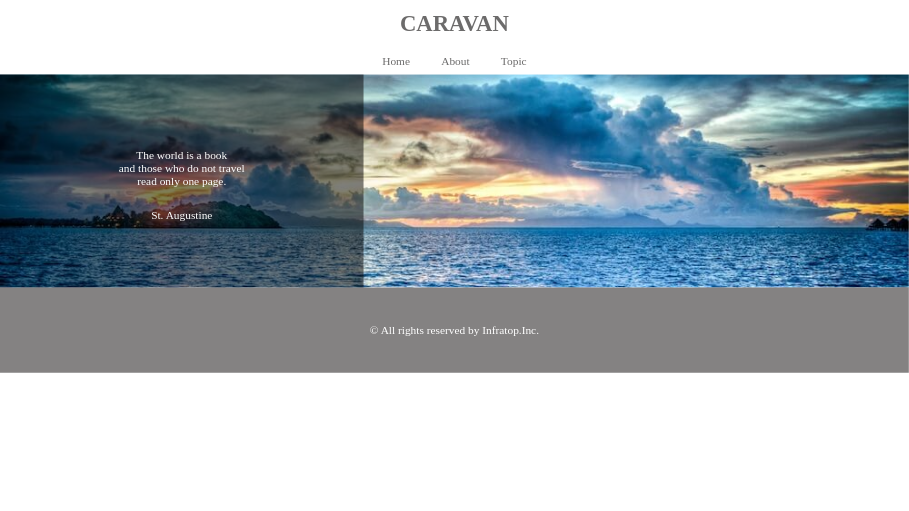
Repository: sawaweb/caravan
Page: caravan/index.html
The author's editor kept a record of every edit. The page is drawn from the files as they stood at one moment, then again after the next edit.
The browser window is 1280 px wide. The pictures show the whole page, at 71% of full size.

Above is the page before.

### caravan/index.html
<!DOCTYPE html>
<html lang="ja">
  <head>
    <meta charset="UTF-8" />
    <link rel="stylesheet" href="style.css" />
    <title>CARAVAN</title>
  </head>

  <body>
    <header>
      <h1 class="heading">
        <a href="index.html">
          CARAVAN
        </a>
      </h1>
    </header>

    <nav>
      <ul class="nav-list">
        <li class="nav-list-item">
          <a href="index.html">Home</a>
        </li>
        <li class="nav-list-item">About</li>
        <li class="nav-list-item">Topic</li>
      </ul>
    </nav>

    <div class="main-visual">
      <div class="main-visual-content">
        <p class="main-visual-text">
          The world is a book<br />
          and those who do not travel<br />
          read only one page.
        </p>
        <p class="main-visual-name">
          St. Augustine
        </p>
      </div>
    </div>

    <div class="main">
      <div class="blog"></div>
      <div class="sidebar"></div>
    </div>

    <!-- footer -->
    <footer>
      <p class="footer-text">© All rights reserved by Infratop.Inc.</p>
    </footer>
  </body>
</html>

### caravan/style.css
* {
  margin: 0;
  padding: 0;
  box-sizing: border-box;
  color: #6c6b6b;
}

a {
  text-decoration: none;
}

header {
  width: 90%;
  padding: 15px 0;
  margin: 0 auto;
  text-align: center;
}

header .heading {
  font-size: 32px;
}

.nav-list {
  text-align: center;
  padding: 10px 0;
  margin: 0 auto;
}

.nav-list-item {
  list-style: none;
  display: inline-block;
  margin: 0 20px;
}

.main-visual {
  width: 100%;
  height: 300px;
  background-image: url(img/mv.jpg);
  background-size: cover;
  background-position: center;
}

.main-visual-content {
  width: 40%; /* 横幅40% */
  height: 300px; /* 親の高さに揃える */
  background-color: rgba(0, 0, 0, 0.5); /* 背景色を半透明の黒にする */
  text-align: center; /* 文字を中央揃えにする */
  padding-top: 105px; /* 上側の内側余白で垂直方向の位置を調整 */
}

.main-visual-text {
  color: #fff; /* 文字色を白に変更 */
}

.main-visual-name {
  margin-top: 30px; /* 上側の外側の余白 */
  color: #fff; /* 文字色を白に変更 */
}

main {
  width: 800px; /* 横幅800px */
  display: flex; /* Flexboxの利用 */
  justify-content: center; /* 要素の横並び・中央寄せ */
  margin: 0 auto; /* 要素の中央揃え */
  padding: 70px 0; /* 上下に70px、左右に0pxの内側余白 */
}

.blog {
  width: 540px;
  margin-right: 30px; /* 領域の右側余白 */
}

.blog-heading {
  border-bottom: 8px solid #f7f7f7;
  text-align: center;
  line-height: 0.6;
}

.blog-box {
  padding-top: 50px;
}

.blog-item {
  padding-bottom: 20px;
  margin-bottom: 20px;
  border-bottom: 1px solid #f7f7f7;
  display: flex;
  justify-content: flex-start;
}

.blog-image {
  height: 180px;
}

.blog-text {
  padding: 25px 0 0 30px;
}

.blog-text-heading {
  padding-bottom: 15px;
}

.blog-date {
  font-size: 12px;
  display: inline-block;
}

.category {
  display: inline-block;
  padding: 5px 8px;
  background-color: #acabab;
  border-radius: 3px;
  color: #fff;
  font-size: 11px;
}

.pagination {
  text-align: center;
  padding-top: 50px;
}

.pagination p {
  display: inline-block;
  width: 30px;
  height: 30px;
  margin: 0 5px;
  color: #fff;
  background-color: #acabab;
  border-radius: 3px;
  line-height: 30px;
}

.sidebar {
  width: 230px;
}

.common-heading {
  border-bottom: 8px solid #f7f7f7;
  text-align: center;
  line-height: 0.6;
}

.sidebar-contents {
  padding: 50px 0;
}

.popular-text,
.categories-text {
  padding-bottom: 5px;
  border-bottom: 1px solid #f7f7f7;
  margin-bottom: 5px;
}

.popular-text:last-child,
.categories-text:last-child {
  margin: 0;
  padding: 0;
  border: none;
}

.instagram .sidebar-contents {
  display: flex;
  flex-wrap: wrap;
}

.instagram-box {
  width: 110px;
  padding-top: 110px;
  background-size: cover;
  background-position: center;
  margin-bottom: 10px;
}

.instagram-box:nth-child(odd) {
  margin: 0 10px 10px 0;
}

.instagram-box:nth-child(1) {
  background-image: url(img/airport.jpg);
}

.instagram-box:nth-child(2) {
  background-image: url(img/japan.jpg);
}

.instagram-box:nth-child(3) {
  background-image: url(img/snow.jpg);
}

.instagram-box:nth-child(4) {
  background-image: url(img/japan2.jpg);
}

.instagram-box:nth-child(5) {
  background-image: url(img/lake.jpg);
}

.instagram-box:nth-child(6) {
  background-image: url(img/road.jpg);
}

footer {
  width: 100%;
  height: 120px;
  text-align: center;
  line-height: 120px;
  background-color: #848282;
}

.footer-text {
  color: #fff;
}

After the next edit:
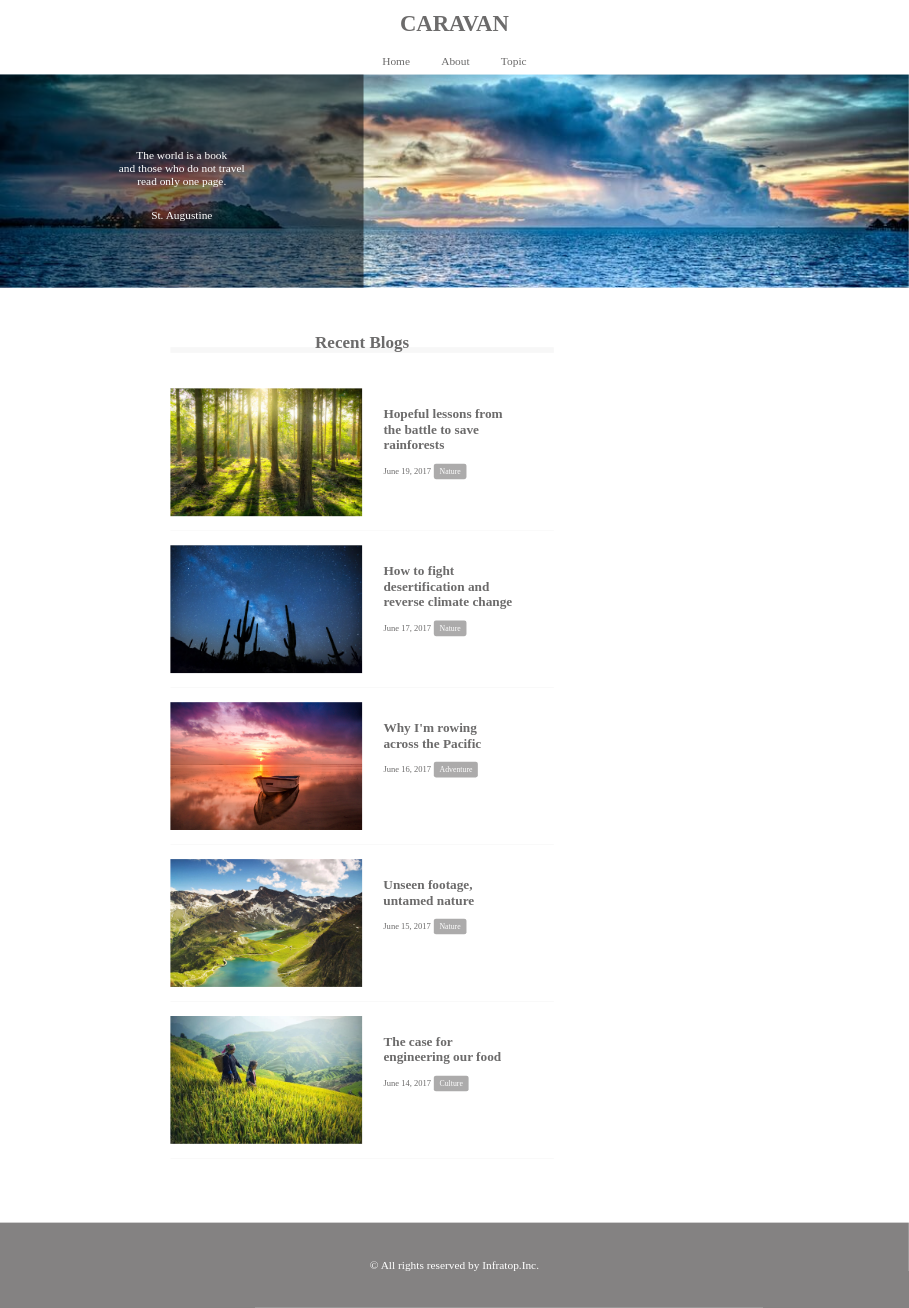
The edit:
--- a/caravan/index.html
+++ b/caravan/index.html
@@ -7,6 +7,7 @@
   </head>
 
   <body>
+    <!-- header -->
     <header>
       <h1 class="heading">
         <a href="index.html">
@@ -15,6 +16,7 @@
       </h1>
     </header>
 
+    <!-- navigation -->
     <nav>
       <ul class="nav-list">
         <li class="nav-list-item">
@@ -25,11 +27,12 @@
       </ul>
     </nav>
 
+    <!-- main-visual用のdiv -->
     <div class="main-visual">
       <div class="main-visual-content">
         <p class="main-visual-text">
-          The world is a book<br />
-          and those who do not travel<br />
+          The world is a book<br>
+          and those who do not travel<br>
           read only one page.
         </p>
         <p class="main-visual-name">
@@ -38,10 +41,82 @@
       </div>
     </div>
 
-    <div class="main">
-      <div class="blog"></div>
+    <!-- main用のdiv -->
+    <main>
+      <section class="blog">
+        <h2 class="blog-heading">Recent Blogs</h2>
+        <div class="blog-box">
+          <div class="blog-item">
+            <img class="blog-image" src="img/forest.jpg" />
+            <section class="blog-text">
+              <h3 class="blog-text-heading">
+                <a href="single.html">
+                  Hopeful lessons from<br>
+                  the battle to save<br>
+                  rainforests
+                </a>
+              </h3>
+              <p class="blog-date">June 19, 2017</p>
+              <span class="category">Nature</span>
+            </section>
+          </div>
+          <div class="blog-item">
+            <img class="blog-image" src="img/desert.jpg" />
+            <section class="blog-text">
+              <h3 class="blog-text-heading">
+                <a href="single.html">
+                  How to fight<br>
+                  desertification and<br>
+                  reverse climate change
+                </a>
+              </h3>
+              <p class="blog-date">June 17, 2017</p>
+              <span class="category">Nature</span>
+            </section>
+          </div>
+          <div class="blog-item">
+            <img class="blog-image" src="img/sunset.jpg" />
+            <section class="blog-text">
+              <h3 class="blog-text-heading">
+                <a href="single.html">
+                  Why I'm rowing<br>
+                  across the Pacific
+                </a>
+              </h3>
+              <p class="blog-date">June 16, 2017</p>
+              <span class="category">Adventure</span>
+            </section>
+          </div>
+          <div class="blog-item">
+            <img class="blog-image" src="img/italy.jpg" />
+            <section class="blog-text">
+              <h3 class="blog-text-heading">
+                <a href="single.html">
+                  Unseen footage,<br>
+                  untamed nature
+                </a>
+              </h3>
+              <p class="blog-date">June 15, 2017</p>
+              <span class="category">Nature</span>
+            </section>
+          </div>
+          <div class="blog-item">
+            <img class="blog-image" src="img/asia.jpg" />
+            <section class="blog-text">
+              <h3 class="blog-text-heading">
+                <a href="single.html">
+                  The case for<br>
+                  engineering our food
+                </a>
+              </h3>
+              <p class="blog-date">June 14, 2017</p>
+              <span class="category">Culture</span>
+            </section>
+          </div>
+        </div>
+      </section>
       <div class="sidebar"></div>
-    </div>
+    </main>
 
     <!-- footer -->
     <footer>
